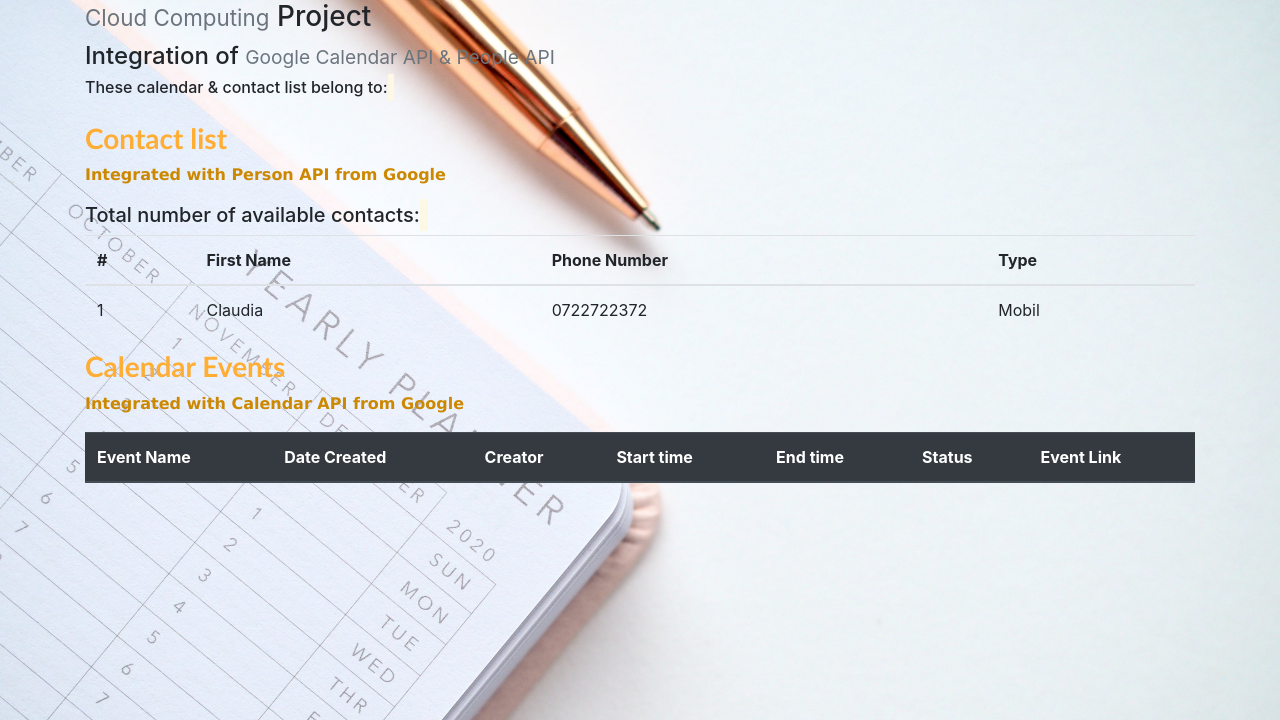
Repository: ClaudiaGheorghe97/cloudcomputing
Page: frontend1/index.html
The author's editor kept a record of every edit. The page is drawn from the files as they stood at one moment, then again after the next edit.
The browser window is 1280 px wide. The pictures show the whole page.

Above is the page before.

After the next edit:
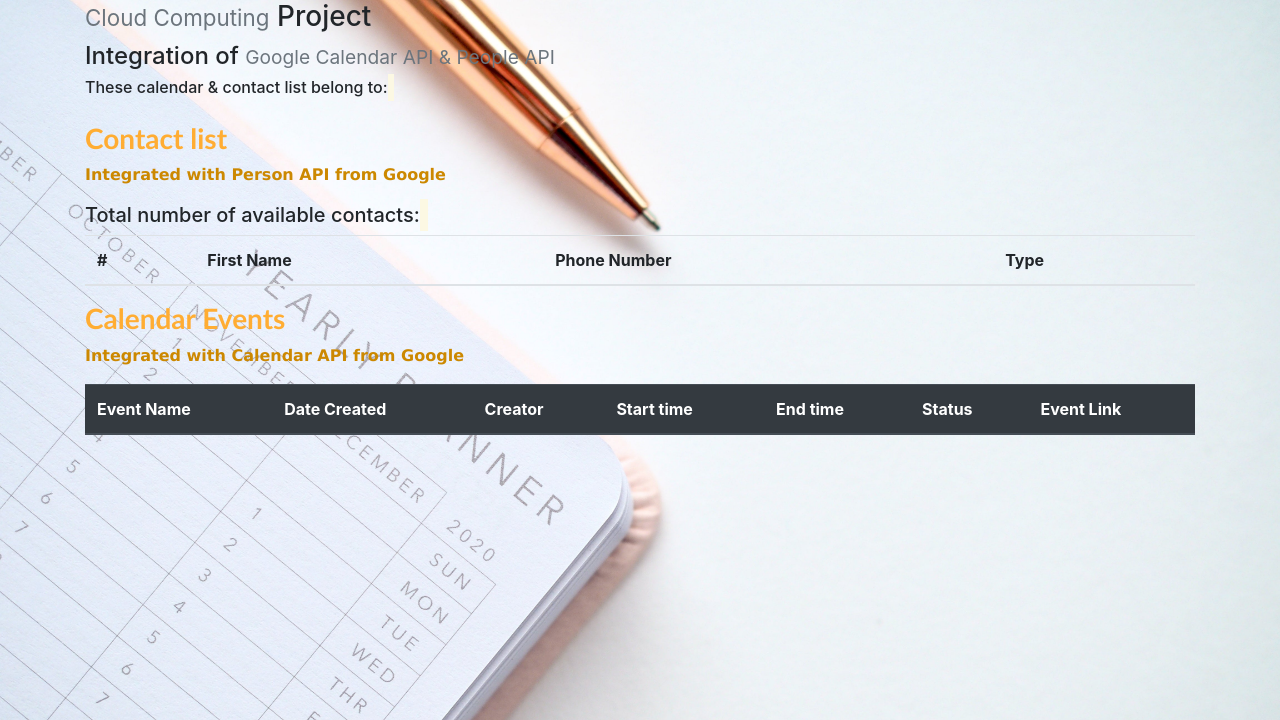
The edit:
--- a/frontend1/index.html
+++ b/frontend1/index.html
@@ -52,12 +52,6 @@
         <th>Phone Number</th>
         <th>Type</th>
       </tr>
-      <tr>
-        <td>1</td>
-        <td>Claudia</td>
-        <td>0722722372</td>
-        <td>Mobil</td>
-      </tr>
       </thead>
     </table>
 
